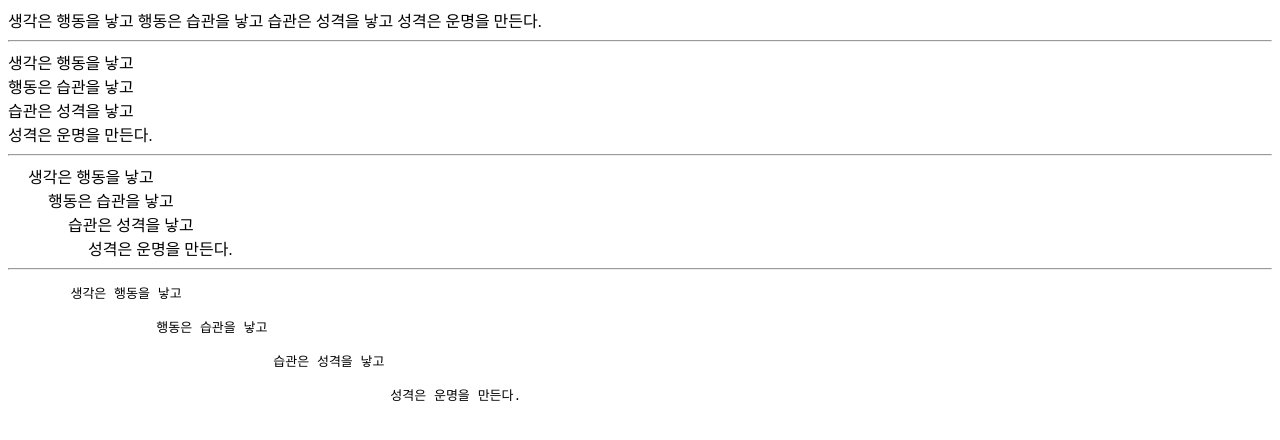
Repository: AkaKSR/Java_Convergence_New
Page: HTML0826/WebContent/Ex02.html
An editor plug-in stored every save of this project. The page is shown before and after the next save, followed by the edit.
The browser window is 1280 px wide. The pictures show the whole page.

Above is the page before, as saved 2019-08-26 06:33:57.

### HTML0826/WebContent/Ex02.html
<!DOCTYPE html>
<html>
<head>
<meta charset="UTF-8">
<title>태그 연습</title>
</head>
<body>
	생각은 행동을 낳고
		   행동은 습관을 낳고
				  습관은 성격을 낳고
						 성격은 운명을 만든다.
<hr />
	생각은 행동을 낳고<br />
		   행동은 습관을 낳고<br />
				  습관은 성격을 낳고<br />
						 성격은 운명을 만든다.
<hr />
&nbsp;&nbsp;&nbsp;&nbsp;
	생각은 행동을 낳고<br />
&nbsp;&nbsp;&nbsp;&nbsp;
&nbsp;&nbsp;&nbsp;&nbsp;
		   행동은 습관을 낳고<br />
&nbsp;&nbsp;&nbsp;&nbsp;
&nbsp;&nbsp;&nbsp;&nbsp;
&nbsp;&nbsp;&nbsp;&nbsp;
				  습관은 성격을 낳고<br />
&nbsp;&nbsp;&nbsp;&nbsp;
&nbsp;&nbsp;&nbsp;&nbsp;
&nbsp;&nbsp;&nbsp;&nbsp;
&nbsp;&nbsp;&nbsp;&nbsp;
						 성격은 운명을 만든다.

<hr />
<pre>
	생각은 행동을 낳고<br />
		   행동은 습관을 낳고<br />
				  습관은 성격을 낳고<br />
						 성격은 운명을 만든다.
						 </pre>
</body>
</html>

After the next save:
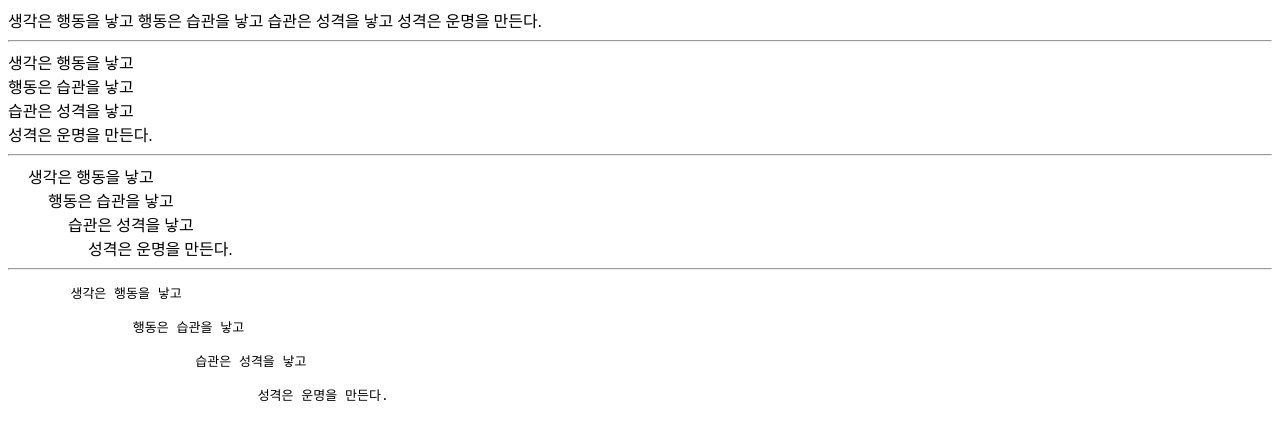
Saved 31 s later.
--- a/HTML0826/WebContent/Ex02.html
+++ b/HTML0826/WebContent/Ex02.html
@@ -33,9 +33,9 @@
 <hr />
 <pre>
 	생각은 행동을 낳고<br />
-		   행동은 습관을 낳고<br />
-				  습관은 성격을 낳고<br />
-						 성격은 운명을 만든다.
+		행동은 습관을 낳고<br />
+			습관은 성격을 낳고<br />
+				성격은 운명을 만든다.
 						 </pre>
 </body>
 </html>
